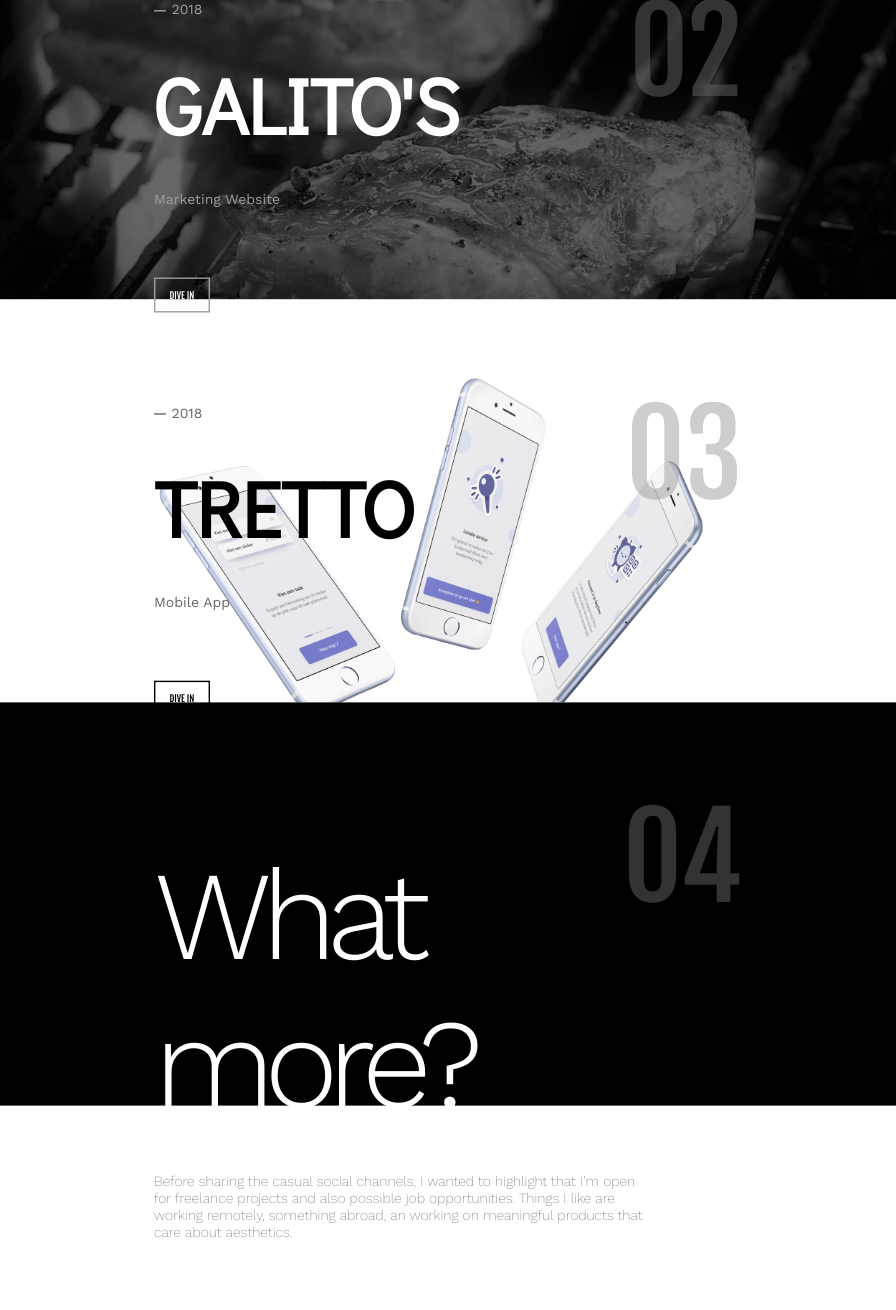
Repository: m0lt/DigitalDesigner
Page: index.html
The author's editor kept a copy of each file at every save. The page is drawn from the files as they stood at one save, then again after the next save.
The browser window is 1280 px wide. The pictures show the part of the page from y = 2709 to 4629 px (the page is 4581 px tall before and 4629 px after), at 70% of full size.
Backgrounds fixed to the window are drawn as part of the page.

Above is the page before, as saved 2025-07-08 11:39:37.

After the next save:
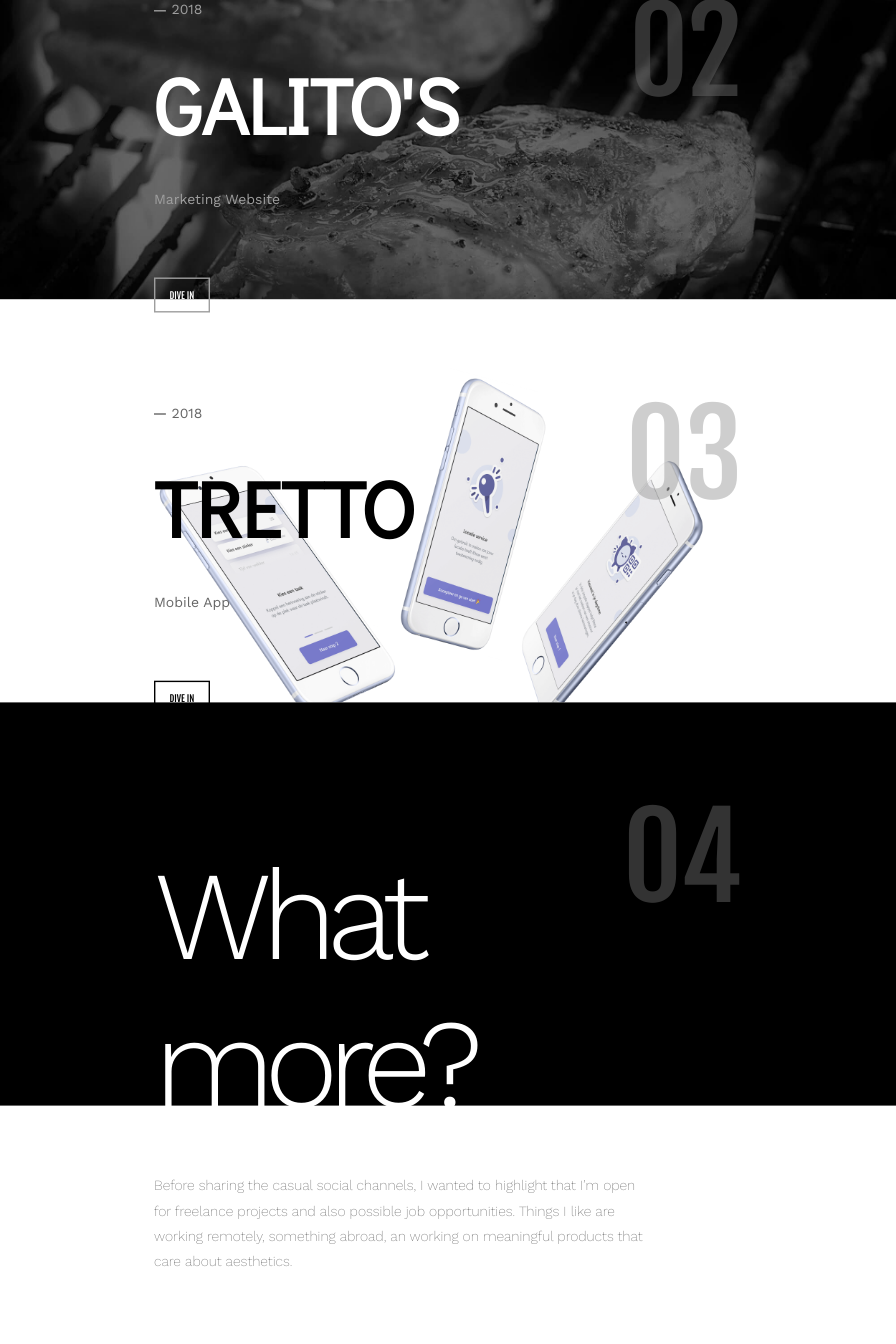
Saved 20 s later.
--- a/assets/css/styles.css
+++ b/assets/css/styles.css
@@ -165,6 +165,7 @@
 #more p:nth-child(1) {
   color: var(--mid);
   font-weight: 200;
+  line-height: 180%;
 }
 #more p:nth-child(2) {
   padding-top: 30px;
